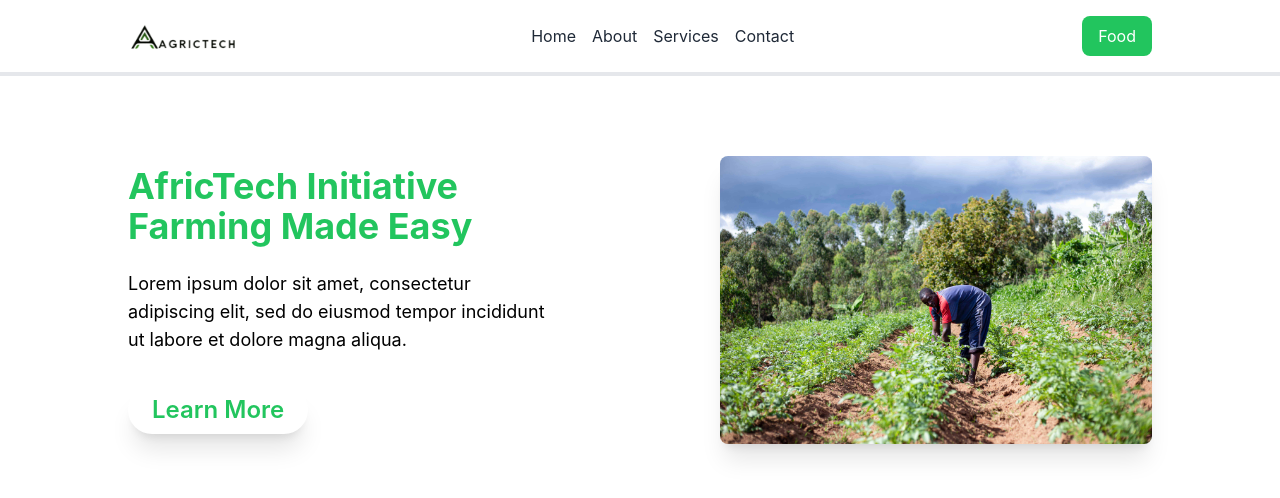
Repository: akinolapo/agric-tech
Page: /
The author's editor kept a copy of each file at every save. The page is drawn from the files as they stood at one save, then again after the next save.
The browser window is 1280 px wide. The pictures show the whole page.
The project was rebuilt for these pictures with package versions that can differ from the ones it lists, and the page was loaded fresh each time.

Above is the page before, as saved 2023-05-27 00:22:23.

### src/App.js
import React from 'react'
import Header from './components/Header'
import Hero from './components/Hero'

const App = () => {
  return (
    <div>
      <Header/>
      <Hero/>
    </div>
  )
}

export default App

### src/components/Header.jsx
import React, { useState } from 'react';

const Header = () => {
  const [isMenuOpen, setIsMenuOpen] = useState(false);

  const toggleMenu = () => {
    setIsMenuOpen(!isMenuOpen);
  };

  const closeMenu = () => {
    setIsMenuOpen(false);
  };

  return (
    <header className="bg-white border-b-4">
      <div className="container mx-auto flex justify-between items-center py-4 px-5 sm:px-32">
        <div className="flex items-center">
          <img
            src={process.env.PUBLIC_URL+`media/logo.png`}
            alt="Logo"
            className="h-8 w-auto"
          />
        </div>
        <div className="hidden md:flex space-x-4">
          <a href="#" className="text-gray-800 hover:text-gray-600">Home</a>
          <a href="#" className="text-gray-800 hover:text-gray-600">About</a>
          <a href="#" className="text-gray-800 hover:text-gray-600">Services</a>
          <a href="#" className="text-gray-800 hover:text-gray-600">Contact</a>
        </div>
        <div className="md:hidden">
          <button
            type="button"
            className="flex items-center p-2 rounded-md text-gray-800 hover:text-gray-600 focus:outline-none"
            onClick={toggleMenu}
          >
            <svg
              xmlns="http://www.w3.org/2000/svg"
              className="h-6 w-6"
              fill="none"
              viewBox="0 0 24 24"
              stroke="currentColor"
            >
              <path
                strokeLinecap="round"
                strokeLinejoin="round"
                strokeWidth="2"
                d="M4 6h16M4 12h16M4 18h16"
              />
            </svg>
          </button>

        </div>
        <div className="hidden md:block">
          <button
            type="button"
            className="bg-green-500 text-white rounded-lg py-2 px-4"
          >
            Food
          </button>
        </div>
      </div>
      <div>
          {isMenuOpen && (
            <div className="mt-2 w-full">
              <ul className="bg-white border rounded-md divide-y divide-gray-200 shadow-md">
                <li className="py-2 px-4">
                  <a href="#" className="text-gray-800 hover:text-gray-600">Home</a>
                </li>
                <li className="py-2 px-4">
                  <a href="#" className="text-gray-800 hover:text-gray-600">About</a>
                </li>
                <li className="py-2 px-4">
                  <a href="#" className="text-gray-800 hover:text-gray-600">Services</a>
                </li>
                <li className="py-2 px-4">
                  <a href="#" className="text-gray-800 hover:text-gray-600">Contact</a>
                </li>
                <li className="py-2 px-4">
                  <button
                    type="button"
                    className="bg-green-500 text-white rounded-lg py-2 px-4 w-full"
                  >
                    Food
                  </button>
                </li>
              </ul>
              <div className="absolute top-0 right-0 p-2">
              </div>
            </div>
          )}
          </div>
    </header>
  );
};

export default Header;

### src/components/Hero.jsx
import React from 'react';

const Hero = () => {
  return (
    <section className="bg-white text-black py-20 px-5 sm:px-32">
      <div className="container mx-auto flex flex-col lg:flex-row items-center gap-40">
        <div className="lg:w-1/2">
          <h1 className="text-4xl font-bold mb-6 text-green-500">AfricTech Initiative <br></br> Farming Made Easy</h1>
          <p className="text-lg mb-8">Lorem ipsum dolor sit amet, consectetur adipiscing elit, sed do eiusmod tempor incididunt ut labore et dolore magna aliqua.</p>
          <button className="bg-white text-2xl text-green-500 py-2 px-6 rounded-full font-semibold shadow-xl hover:shadow-2xl transition duration-300">Learn More</button>
        </div>
        <div className="lg:w-1/2">
          <img src={process.env.PUBLIC_URL+`media/hero.jpg`}alt="Agriculture" className="rounded-lg shadow-xl" />
        </div>
      </div>
    </section>
  );
};

export default Hero;

Loaded but not shown: public/index.html (common file); src/index.js (common file); src/index.css (common file); tailwind.config.js (common file)

After the next save:
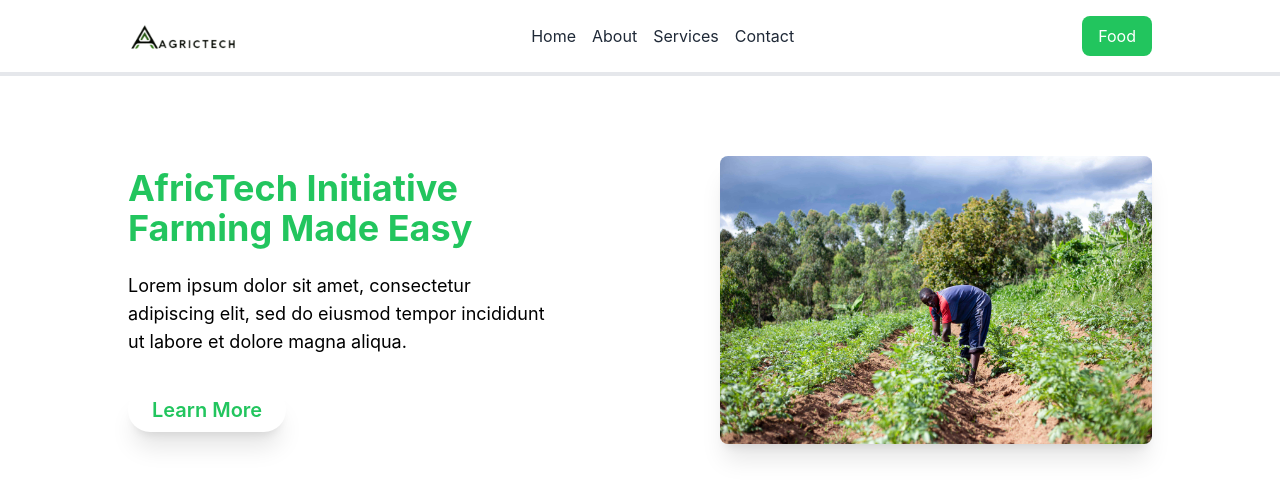
Saved 6 s later.
--- a/src/components/Hero.jsx
+++ b/src/components/Hero.jsx
@@ -7,7 +7,7 @@ const Hero = () => {
         <div className="lg:w-1/2">
           <h1 className="text-4xl font-bold mb-6 text-green-500">AfricTech Initiative <br></br> Farming Made Easy</h1>
           <p className="text-lg mb-8">Lorem ipsum dolor sit amet, consectetur adipiscing elit, sed do eiusmod tempor incididunt ut labore et dolore magna aliqua.</p>
-          <button className="bg-white text-2xl text-green-500 py-2 px-6 rounded-full font-semibold shadow-xl hover:shadow-2xl transition duration-300">Learn More</button>
+          <button className="bg-white text-xl text-green-500 py-2 px-6 rounded-full font-semibold shadow-xl hover:shadow-2xl transition duration-300">Learn More</button>
         </div>
         <div className="lg:w-1/2">
           <img src={process.env.PUBLIC_URL+`media/hero.jpg`}alt="Agriculture" className="rounded-lg shadow-xl" />
